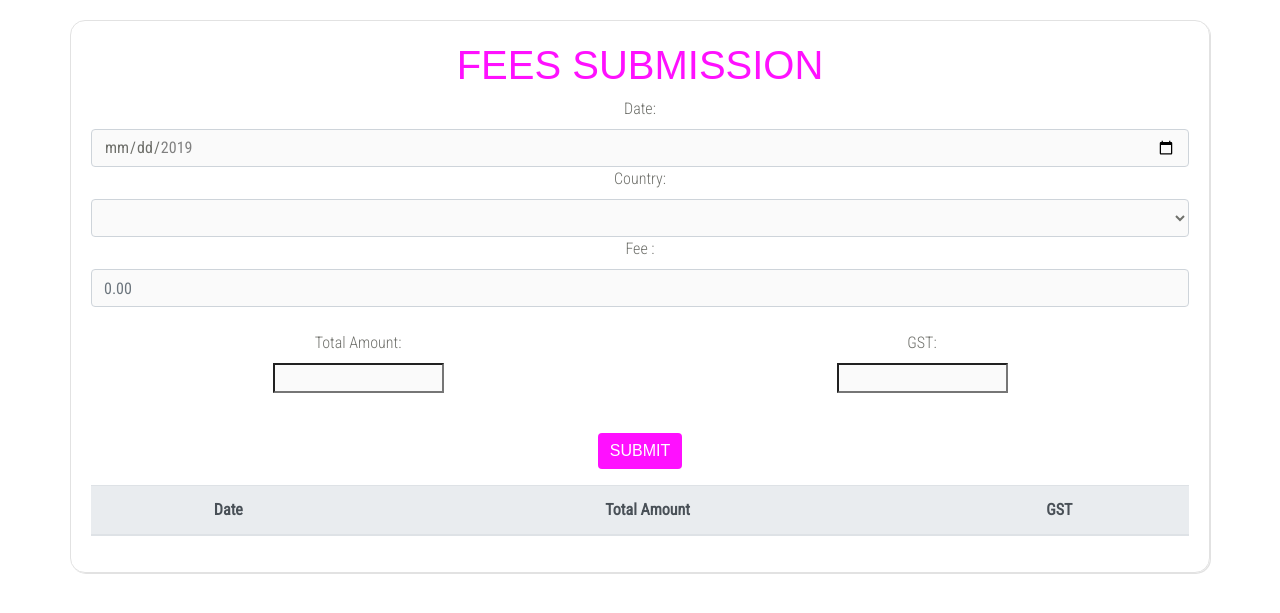
Repository: yucheng91/feesubmissionform
Page: http://localhost/
The author's editor kept a record of every edit. The page is drawn from the files as they stood at one moment, then again after the next edit.
The browser window is 1280 px wide. The pictures show the whole page.
Some web fonts or font styles are not loaded; a fallback is used. The page is served by the project's application, run on Flask 3 (app.py). Queries for data that is not in the repository find no rows.

Above is the page before.

### templates/index.html
<!doctype html>
<html lang="en">
  <head>
    <!-- Required meta tags -->
    <meta charset="utf-8">
    <meta name="viewport" content="width=device-width, initial-scale=1, shrink-to-fit=no">

    <!-- Bootstrap CSS -->
    <link rel="stylesheet" href="https://stackpath.bootstrapcdn.com/bootstrap/4.3.1/css/bootstrap.min.css" integrity="sha384-ggOyR0iXCbMQv3Xipma34MD+dH/1fQ784/j6cY/iJTQUOhcWr7x9JvoRxT2MZw1T" crossorigin="anonymous">

    <!-- custom -->
    <link href="https://fonts.googleapis.com/css?family=Aclonica|Chau+Philomene+One|Roboto+Condensed:300,400&display=swap" rel="stylesheet">
    <link rel="stylesheet" href="{{ url_for('static', filename='css/style.css') }}">
    <script type="text/javascript" src="{{ url_for('static', filename='js/script.js') }}"></script>

    <title>Hello, world!</title>
  </head>
  <body>

    <div class="container content">
      <div class="row">
        <div class="col">
          <h1>FEES SUBMISSION</h1>
        </div>
      </div>
      <div class="row">
        <div class="col">
          <form name="form" method='post'>
            <div class='form-group'>
              <label class='date'>
                      Date:
                  </label>
              <input type='date' class='form-control' name='date' title="date" min="2019-01-01" max="2019-12-31">
              <label class='label'>
                      Country:
                  </label>
              <select id="country" name='country' class='form-control selectpicker' data-live-search="true">
                          {%for d in country %}
                          <option value='{{ d['id'] }}' {%if d['id'] == id %}selected='selected'{%endif%}>{{ d['country'] }}</option>
                               {%endfor%}
              </select>
              <label class='label'>
                  Fee :
              </label>
              <input type='number' step="0.01" class='form-control' name='fee' placeholder='0.00' min="0.00" onkeyup="calculateGST()">
              <br>
              <div class="row">
                <div class="col-12 col-md-6">
                  <label class='label' >
                    Total Amount:
                  </label>
                  <br>
                  <input type="number" name="totalfee" readonly>
                </div>
                <div class="col-12 col-md-6">
                  <label class='label' >
                    GST:
                  </label>
                  <br>
                  <input type="number" name="gst" readonly>
                </div>
              </div>
                <br>
              <input type='submit' class='btn btn-dark mt-3' value="SUBMIT">
              </div>
          </form>
          </div>
        </div>
      <div class="row">
        <div class="col">
        <table class="table table-hover">
          <thead class="thead-light">
            <tr>
              <th>Date</th>
              <th>Total Amount</th>
              <th>GST</th>
            </tr>
          </thead>
          {%for r in results%}
          <tr>
            <tbody>
              <td>
                {{ r['date'] }}
              </td>
              <td>
                {{ r['symbol'] }} {{ r['totalfee'] }}
              </td>
              <td>
                {{ r['gst'] }}
              </td>
            </tbody>
          </tr>
          {%endfor%}
        </table>
      </div>
      </div>
    </div>

    <!-- Optional JavaScript -->

    <!-- jQuery first, then Popper.js, then Bootstrap JS -->
    <script src="https://code.jquery.com/jquery-3.3.1.slim.min.js" integrity="sha384-q8i/X+965DzO0rT7abK41JStQIAqVgRVzpbzo5smXKp4YfRvH+8abtTE1Pi6jizo" crossorigin="anonymous"></script>
    <script src="https://cdnjs.cloudflare.com/ajax/libs/popper.js/1.14.7/umd/popper.min.js" integrity="sha384-UO2eT0CpHqdSJQ6hJty5KVphtPhzWj9WO1clHTMGa3JDZwrnQq4sF86dIHNDz0W1" crossorigin="anonymous"></script>
    <script src="https://stackpath.bootstrapcdn.com/bootstrap/4.3.1/js/bootstrap.min.js" integrity="sha384-JjSmVgyd0p3pXB1rRibZUAYoIIy6OrQ6VrjIEaFf/nJGzIxFDsf4x0xIM+B07jRM" crossorigin="anonymous"></script>
  </body>
</html>

### app.py
from flask import Flask, render_template, request, redirect, url_for
import os
import pymysql

connection = pymysql.connect(
    host='localhost',
    user="admin",
    password="password",
    database="fee_submission"
)

app = Flask(__name__)

@app.route('/')

def index():

    cursor = connection.cursor(pymysql.cursors.DictCursor)
    sql = "SELECT * FROM currency"
    cursor.execute(sql)
    country = []
    for r in cursor:
        country.append({
            'id' : r['id'],
            'country': r['country']
        })
    cursor.close()

    cursor = connection.cursor(pymysql.cursors.DictCursor)
    sql = "SELECT * FROM transaction JOIN currency ON transaction.currencyid = currency.id ORDER BY transaction.id"
    cursor.execute(sql)
    results = []
    for r in cursor:
         results.append(r)

    cursor.close()

    return render_template('index.html',country=country, results=results)

@app.route('/', methods=["POST"])

def add_fee():

    cursor = connection.cursor(pymysql.cursors.DictCursor)
    sql = "SELECT * FROM currency"
    cursor.execute(sql)
    country = []
    for r in cursor:
        country.append({
            'id' : r['id'],
            'country': r['country']
        })
    cursor.close()

    return redirect(url_for('index'))

# "magic code" -- boilerplate
if __name__ == '__main__':
    app.run(host=os.environ.get('IP'),
            port=int(os.environ.get('PORT')),
            debug=True)

### static/css/style.css
body {
    background-color:rgb(255,255,255);
}

.content {
    border: 1px solid rgb(226,226,226);
    border-radius:15px;
    padding: 20px;
    margin-top: 20px;
    text-align:center;
    font-family: 'Roboto Condensed', sans-serif;
    box-shadow: 1px 1px rgb(226,226,226);
    font-weight:300;
    color:rgb(111,112,107);
}

input {
    background-color:rgb(250,250,250);
    color:rgb(111,112,107);
}

.form-control {
    background-color:rgb(250,250,250);
    color:rgb(111,112,107);
}

h1 {
    color:rgb(255,16,255);
    font-family: 'Chau Philomene One', sans-serif;
}

.btn {
    font-family: 'Miriam Libre', sans-serif;
    background-color:rgb(255,16,255);
    border:0px;
}

### static/js/script.js
function calculateGST() {
    var feeStr =document.form.fee.value;
    if (!feeStr)
        feeStr = '0';
    var fee = parseFloat(feeStr);

    var country = document.getElementById("country").value;
    if (country != "Singapore"){
        var gstamt = 0;
    } else {
        gstamt = 0.07;
    }

    var gst = fee * gstamt ;
    var totalfee = fee + (fee * gstamt);

    document.form.gst.value = gst.toFixed(2);
    document.form.totalfee.value = totalfee.toFixed(2);
}

After the next edit:
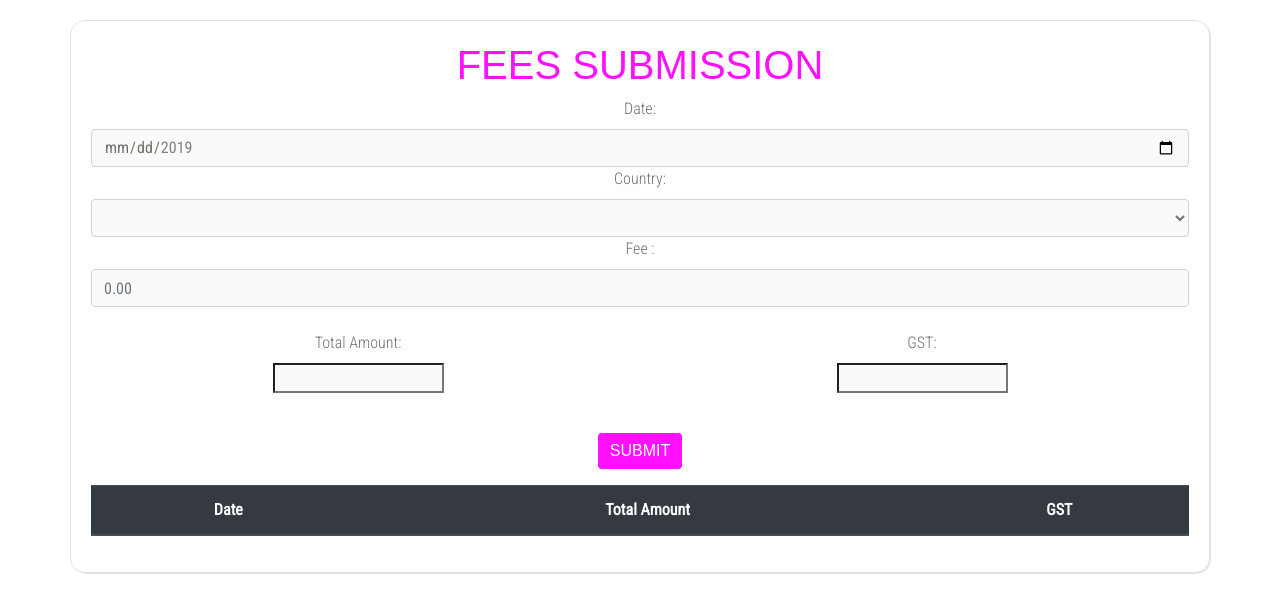
The edit:
--- a/templates/index.html
+++ b/templates/index.html
@@ -69,7 +69,7 @@
       <div class="row">
         <div class="col">
         <table class="table table-hover">
-          <thead class="thead-light">
+          <thead class="thead-dark">
             <tr>
               <th>Date</th>
               <th>Total Amount</th>
